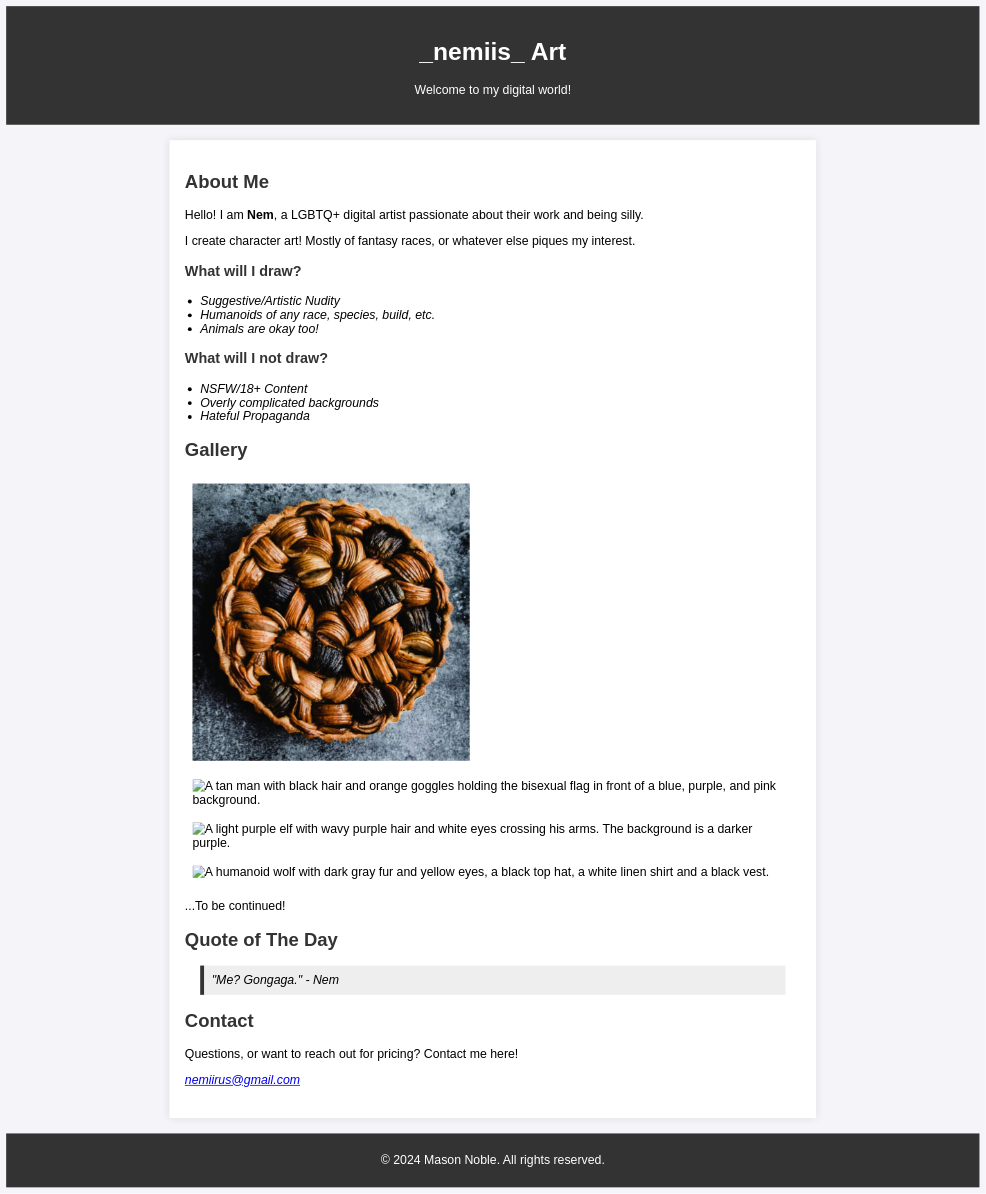
Repository: Brittany-Westlund/MART341-WebDesign
Page: WebDesignHomework/testfolder/index.html
These files come from the project's save history. The page is drawn as it stood at one moment and after the next save; the edit follows.
The browser window is 1280 px wide. The pictures show the whole page, at 77% of full size.

Above is the page before, as saved 2024-10-19 23:28:58.
Not found: WebDesignHomework/testfolder/images/bitomu.png
Not found: WebDesignHomework/testfolder/images/davertiusmybeloved.png
Not found: WebDesignHomework/testfolder/images/finicon.png

After the next save:
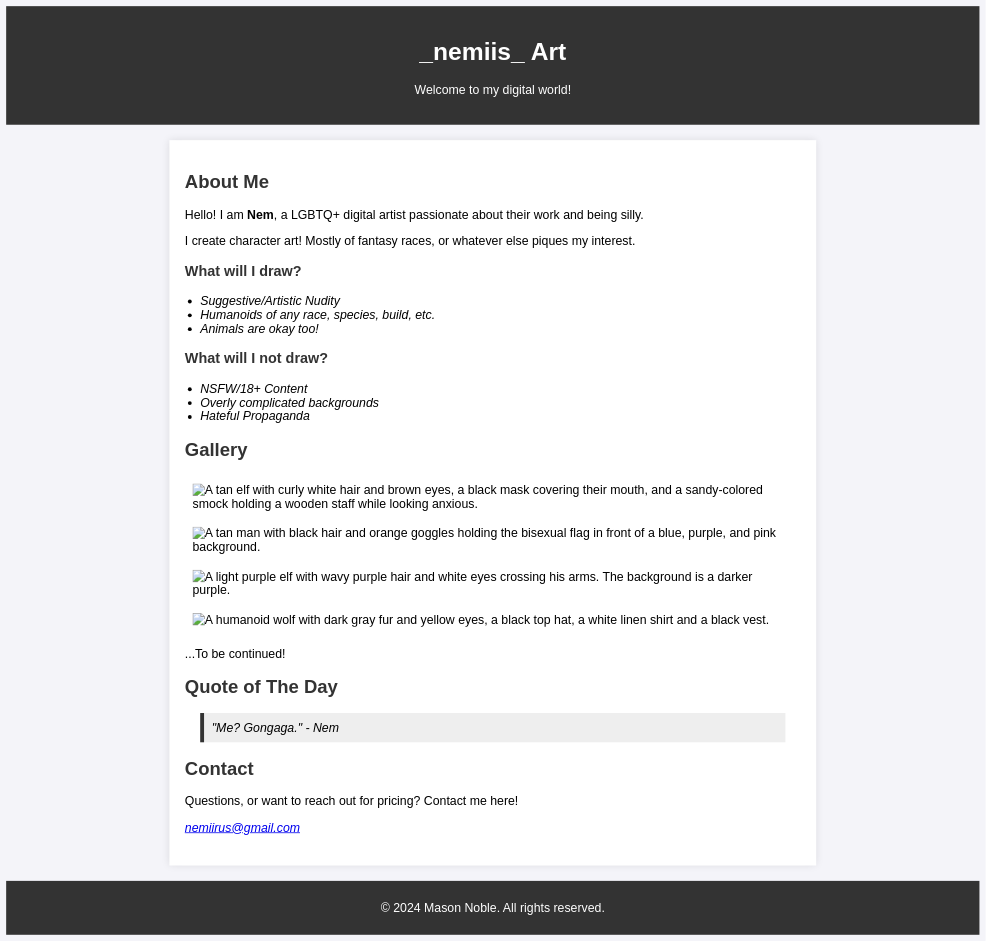
Not found: WebDesignHomework/testfolder/images/arden.png
Saved 99 s later.
--- a/WebDesignHomework/testfolder/index.html
+++ b/WebDesignHomework/testfolder/index.html
@@ -84,7 +84,7 @@
         <section>
             <!-- I had fun with this one! I wanted to use my actual art instead of placeholders from the internet. Let's hope it works when I turn it in! *fingers crossed* -->
             <h2>Gallery</h2>
-            <img src="images/autumn-slices-pie-square.jpg" alt="A tan elf with curly white hair and brown eyes, a black mask covering their mouth, and a sandy-colored smock holding a wooden staff while looking anxious.">
+            <img src="images/arden.png" alt="A tan elf with curly white hair and brown eyes, a black mask covering their mouth, and a sandy-colored smock holding a wooden staff while looking anxious.">
             <img src="images/bitomu.png" alt="A tan man with black hair and orange goggles holding the bisexual flag in front of a blue, purple, and pink background.">
             <br>
             <img src="images/finicon.png" alt="A light purple elf with wavy purple hair and white eyes crossing his arms. The background is a darker purple.">
